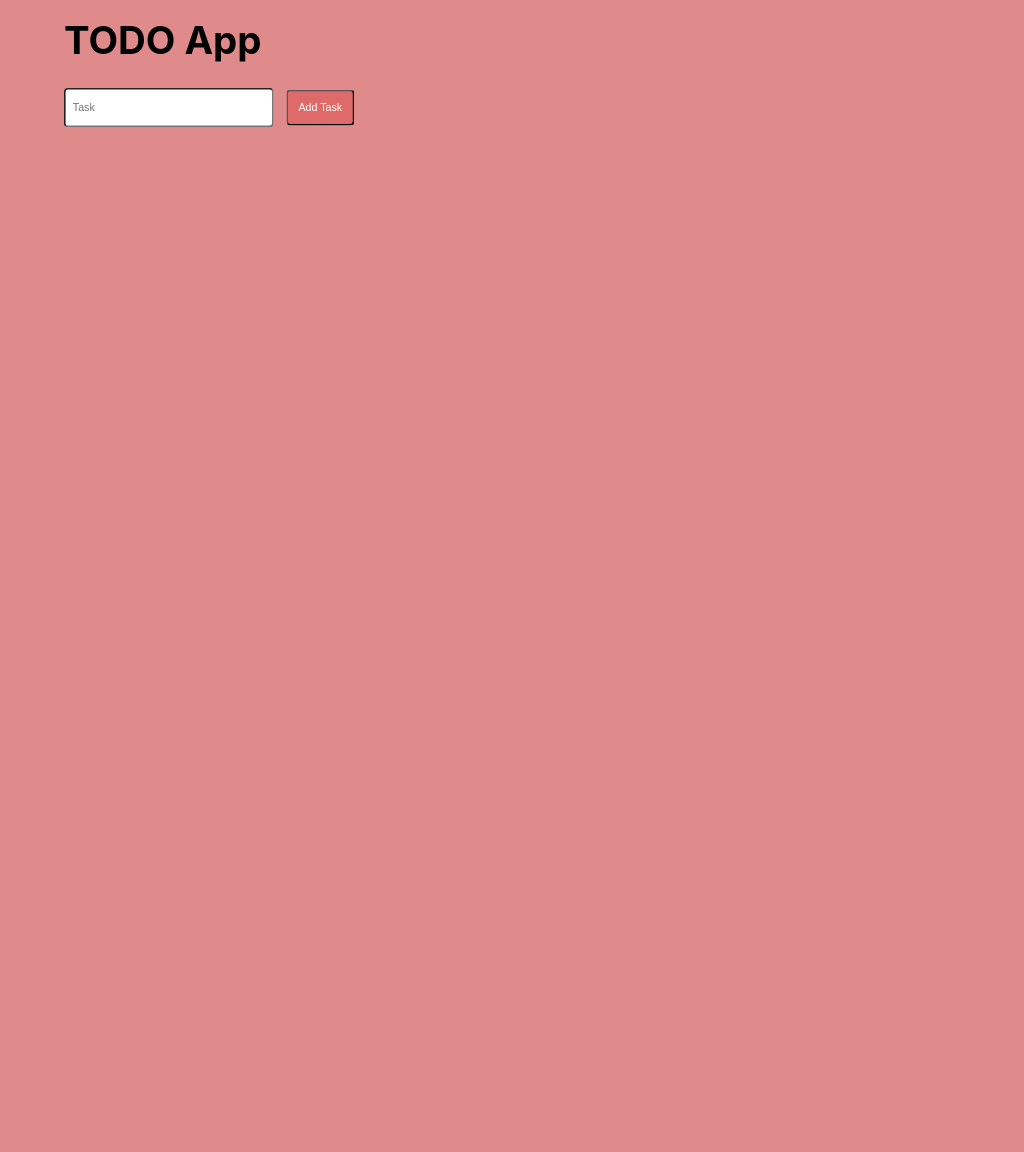
Repository: BhanuKaukuntla/TodoApp
Page: /
The author's editor kept a copy of each file at every save. The page is drawn from the files as they stood at one save, then again after the next save.
The browser window is 1280 px wide. The pictures show the whole page, at 80% of full size.
The project was rebuilt for these pictures with package versions that can differ from the ones it lists, and the page was loaded fresh each time. Also part of the build but not shown: src/components/TodoItem/TodoItem.js.

Above is the page before, as saved 2021-12-04 09:57:57.

After the next save:
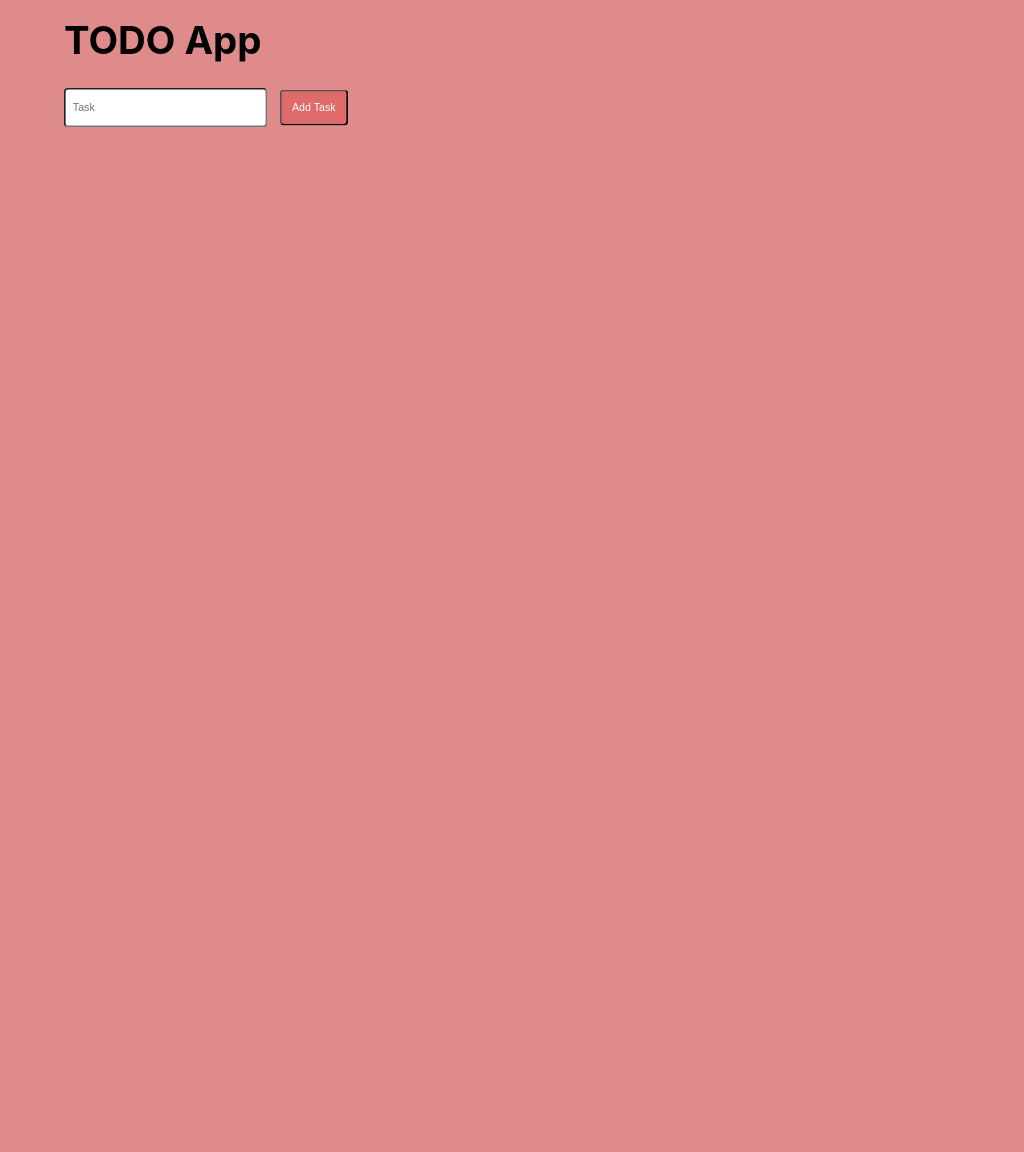
Saved 5 s later.
--- a/src/index.css
+++ b/src/index.css
@@ -55,7 +55,7 @@ body {
   border-radius: 5px;
   /* font-size: large; */
   padding: 9px;
-  width: 15rem;
+  width: 14.5rem;
   height: 1.7rem;
 }
 
